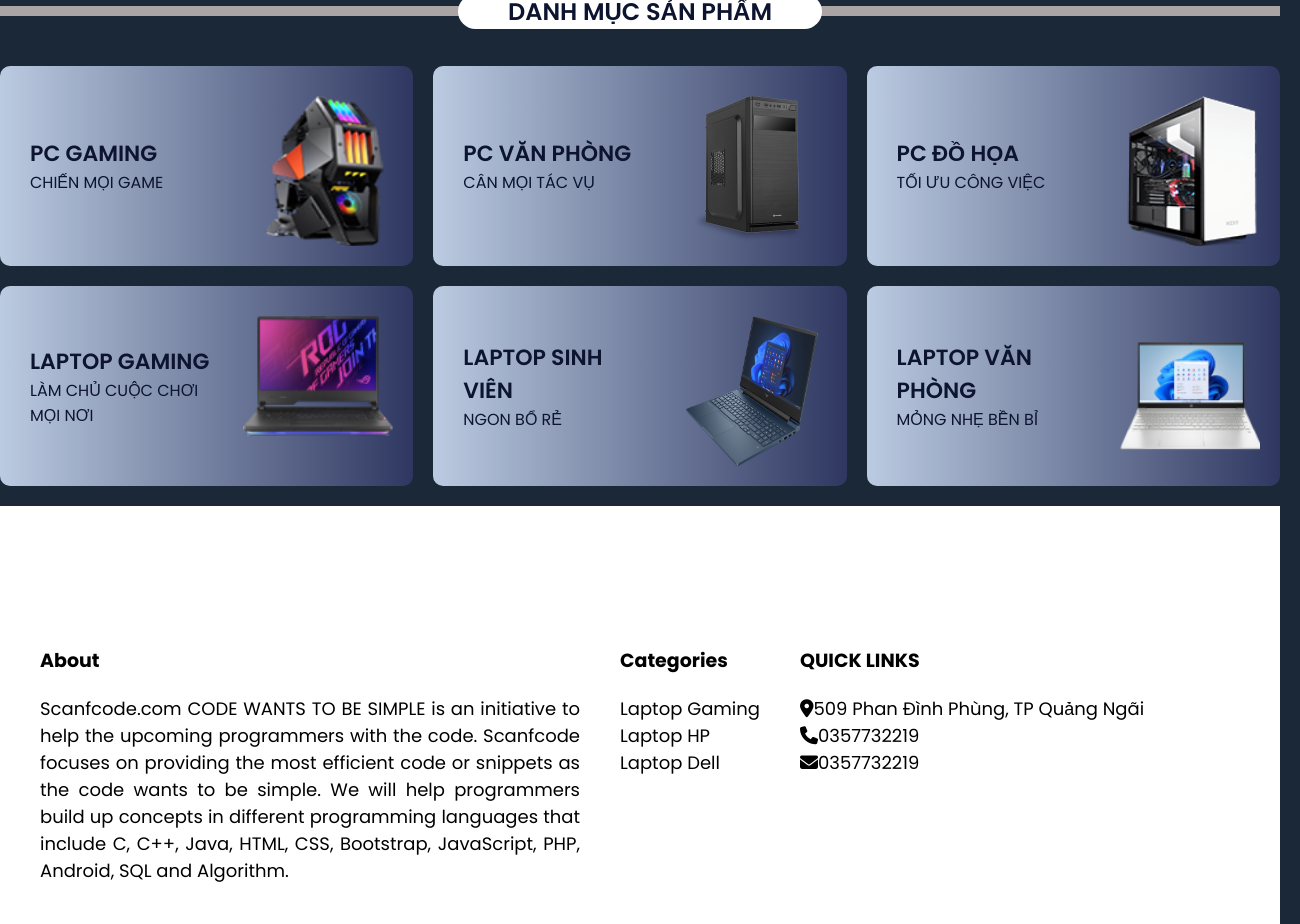
Repository: HPNChanel/DACS
Page: index.html
The author's editor kept a copy of each file at every save. The page is drawn from the files as they stood at one save, then again after the next save.
The browser window is 1280 px wide. The page is 1300 px wide, so the pictures cover 1300 px, including what lies to the right of the window. The pictures show the part of the page from y = 654 to 1578 px (the page is 1578 px tall before and 1478 px after).

Above is the page before, as saved 2023-04-11 15:08:38.

After the next save:
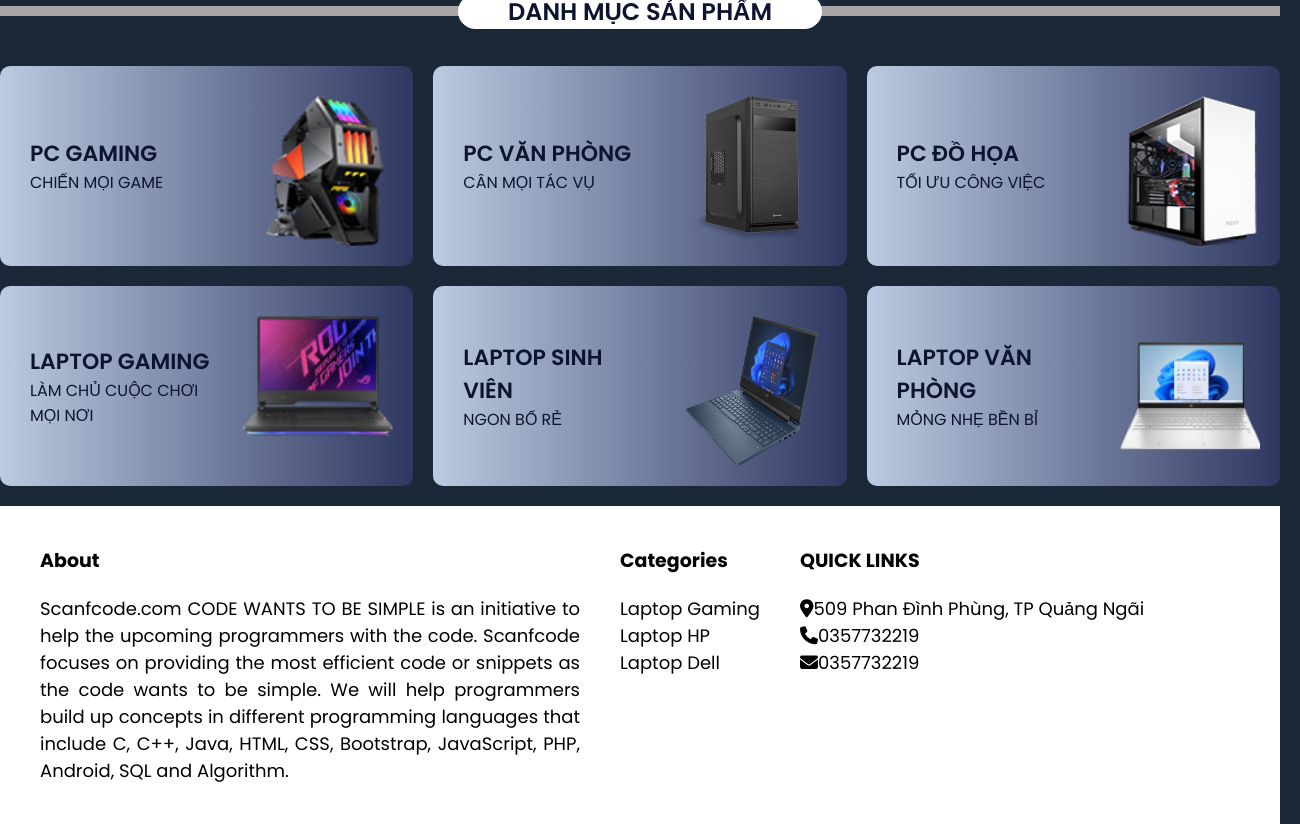
Saved 15 s later.
--- a/style/main.css
+++ b/style/main.css
@@ -180,10 +180,7 @@ footer {
     padding: 40px;
 }
 .footer-top {
-    margin-top: 100px;
-    display: flex;
-    /* align-items: center; */
-    /* justify-content: */
+    display: flex;
     color: black;
     font-size: 18px;
 }
